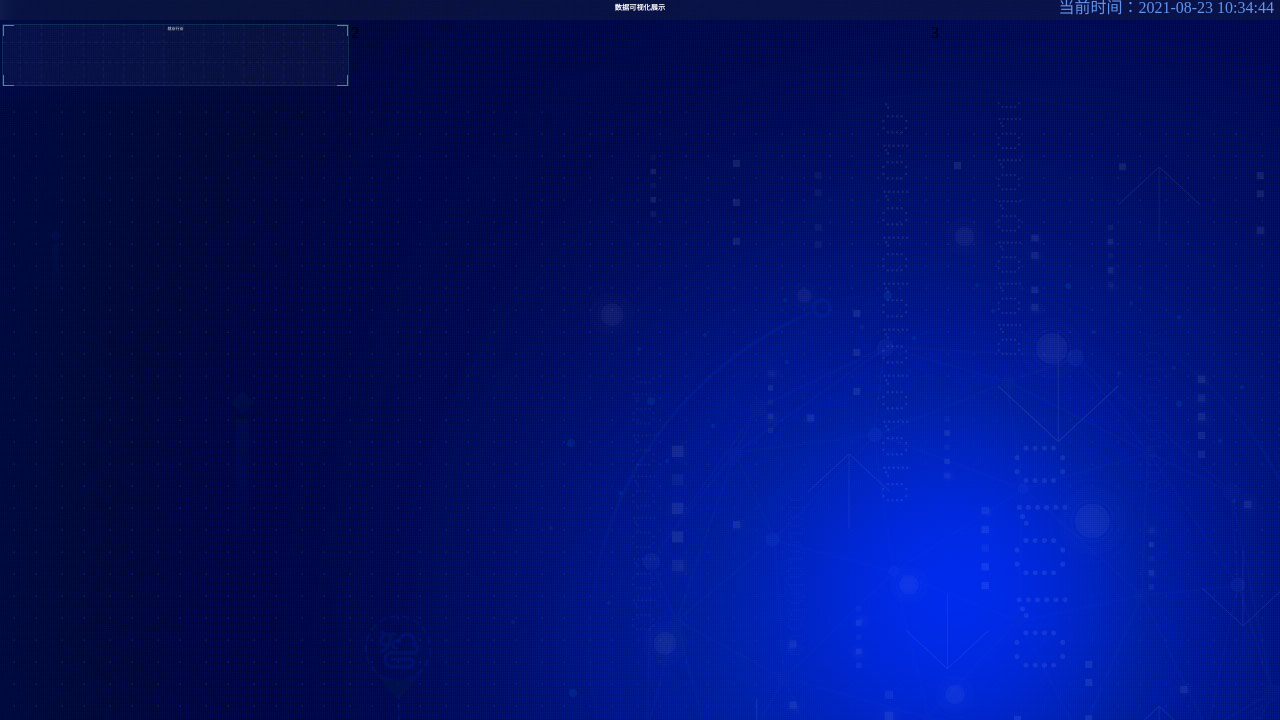
Repository: jiang-1990/DataVM
Page: /
These files come from the project's save history. The page is drawn as it stood at one moment and after the next save; the edit follows.
The browser window is 1280 px wide. The pictures show the whole page.
The project was rebuilt for these pictures with package versions that can differ from the ones it lists, and the page was loaded fresh each time.

Above is the page before, as saved 2021-08-23 15:04:06.

### index.html
<!DOCTYPE html>
<html>
  <head>
    <meta charset="utf-8">
    <meta name="viewport" content="width=device-width,initial-scale=1.0">
    <title>mydatam</title>
  </head>
  <body>
    <div id="app"></div>
    <!-- built files will be auto injected -->
  </body>
</html>

### src/App.vue
<template>
  <div id="app">
    <router-view/>
  </div>
</template>

<script>
export default {
  name: 'App'
}
</script>

<style>
body{
  margin: 0;
  padding: 0;
}
#app ,body,html{
  height: 100%;
  background-image: url('assets/bg.jpg') ;
  background-Repeat : 'no-repeat';
  background-Size : '100% 100%';
}
</style>

### src/router/index.js
import Vue from 'vue'
import Router from 'vue-router'
import bigScreen from '@/components/bigScreen'

Vue.use(Router)

export default new Router({
  routes: [
    {
      path: '/',
      name: 'bigScreen',
      component: bigScreen
    }
  ]
})

### src/components/bigScreen.vue
<template>
  <div>
    <div class="top">
      <h1>数据可视化展示</h1>
      <span class="time">当前时间：{{date | dateFormat}}</span>
    </div>
    <div class="mainBox">
      <div class="culonm">
        <div class="panl bar">
          <h2>就业行业</h2>
          <div class="chart"></div>
          <div class="zhuanjiao"></div>
        </div>
      </div>
      <div class="culonm">2</div>
      <div class="culonm">3</div>
    </div>
    <!-- <div id="myChart" style="width:1920px; height: 400px;"></div> -->
  </div>
</template>

<script>
// 引入echarts
var echarts = require('echarts')
export default {
  data () {
    return {
      date: new Date(),//当前日期
    }
  },
  // 定义一个局部的过滤器，格式化当前时间
  filters: {
    dateFormat: (dateTime) => {
      var now = new Date(dateTime)
      var y = now.getFullYear()
      var m = (now.getMonth() + 1).toString().padStart(2, '0')
      var d = now.getDate().toString().padStart(2, '0')
      var hh = now.getHours().toString().padStart(2, '0')
      var mm = now.getMinutes().toString().padStart(2, '0')
      var ss = now.getSeconds().toString().padStart(2, '0')
      // 过滤器中要有返回值
      return `${y}-${m}-${d} ${hh}:${mm}:${ss}`
    }
  },
  mounted(){
    this.createchart()
    var _this = this;
    this.timer = setInterval(() => {
	    _this.date = new Date(); // 修改日期数据
    }, 1000);

  },
  created() {

  },
  methods:{
    // createchart(){
    //   var myChart = echarts.init(document.getElementById('myChart'))
    //   console.log(myChart)
    //   var option = {
    //         title:{
    //             text:'ECharts 数据统计'
    //         },
    //         tooltip:{},
    //         legend:{
    //             data:['用户来源']
    //         },
    //         xAxis:{
    //             data:["Android","IOS","PC","Ohter"]
    //         },
    //         yAxis:{

    //         },
    //         series:[{
    //             name:'访问量',
    //             type:'line',
    //             data:[500,200,360,100]
    //         }]
    //     };

    //     //使用制定的配置项和数据显示图表
    //     myChart.setOption(option);
    // },
  }
}
</script>

<style scoped>
@import '../css/bigScreen.css';
</style>

### src/css/bigScreen.css
* {
  margin: 0;
  padding: 0;
  box-sizing: border-box;
}
li {
  list-style-type: none;
}
.top {
  height: 1.25rem;
  background: url(../assets/head_bg.png) no-repeat;
  box-sizing: 100% 100%;
  position: relative;
}
.top h1 {
  font-size: 0.45rem;
  line-height: 1rem;
  color: #ffffff;
  text-align: center;
}
.top .time {
  line-height: 0.9375rem;
  position: absolute;
  right: 0.375rem;
  top: 0;
  color: cornflowerblue;
}
.mainBox {
  min-width: 1024px;
  max-width: 1920px;
  margin: 0 auto;
  display: flex;
  padding: 0.25rem 0.125rem 0;
}
.mainBox .culonm {
  flex: 3;
}
.mainBox .culonm:nth-child(2) {
  flex: 5;
  margin: 0 0.125rem 0.1875rem;
}
.mainBox .panl {
  position: relative;
  height: 3.875rem;
  border: 0.0125rem solid rgba(25, 186, 139, 0.17);
  background: url(../assets/line.png) rgba(255, 255, 255, 0.03);
  padding: 0 0.1875rem 0.25rem;
  margin-bottom: 0.25rem;
}
.mainBox .panl::before {
  position: absolute;
  top: 0;
  left: 0;
  width: 10px;
  height: 10px;
  border-left: 1px solid #02a6b5;
  border-top: 1px solid #02a6b5;
  content: "";
}
.mainBox .panl::after {
  position: absolute;
  top: 0;
  right: 0;
  width: 10px;
  height: 10px;
  border-right: 1px solid #02a6b5;
  border-top: 1px solid #02a6b5;
  content: "";
}
.mainBox .panl .zhuanjiao {
  width: 100%;
  height: 10px;
  position: absolute;
  bottom: 0px;
  left: 0;
}
.mainBox .panl .zhuanjiao::before {
  position: absolute;
  top: 0;
  left: 0;
  width: 10px;
  height: 10px;
  border-left: 1px solid #02a6b5;
  border-bottom: 1px solid #02a6b5;
  content: "";
}
.mainBox .panl .zhuanjiao::after {
  position: absolute;
  top: 0;
  right: 0;
  width: 10px;
  height: 10px;
  border-right: 1px solid #02a6b5;
  border-bottom: 1px solid #02a6b5;
  content: "";
}
.mainBox .panl h2 {
  font-size: 0.25rem;
  color: #ffffff;
  line-height: 0.5rem;
  text-align: center;
  height: 0.5rem;
  font-weight: 400;
}
.mainBox .panl .chart {
  height: 3.25rem;
}
.mainBox .num {
  background: rgba(101, 132, 226, 0.1);
  padding: 0.1875rem;
}
.mainBox .num .num-hd {
  position: relative;
  margin: 0.125rem;
  border: 1px solid rgba(25, 186, 139, 0.17);
}
.mainBox .num .num-hd::before {
  position: absolute;
  top: 0;
  left: 0;
  width: 10px;
  height: 10px;
  border-left: 1px solid #02a6b5;
  border-top: 1px solid #02a6b5;
  content: "";
}
.mainBox .num .num-hd::after {
  position: absolute;
  bottom: 0;
  right: 0;
  width: 10px;
  height: 10px;
  border-right: 1px solid #02a6b5;
  border-bottom: 1px solid #02a6b5;
  content: "";
}
.mainBox .num .num-hd ul {
  display: flex;
}
.mainBox .num .num-hd ul li {
  flex: 1;
  line-height: 1rem;
  font-size: 0.875rem;
  color: #ffeb7b;
  text-align: center;
  font-family: electronicFont;
}
.mainBox .num .num-hd ul li:nth-child(1) {
  position: relative;
}
.mainBox .num .num-hd ul li:nth-child(1)::after {
  position: absolute;
  top: 25%;
  right: 0;
  height: 50%;
  border-right: 1px solid #02a6b5;
  content: "";
}
.mainBox .num .num-bd {
  position: relative;
}
.mainBox .num .num-bd ul {
  display: flex;
}
.mainBox .num .num-bd ul li {
  flex: 1;
  line-height: 0.5rem;
  font-size: 0.225rem;
  color: rgba(255, 255, 255, 0.7);
  text-align: center;
}
.mainBox .map {
  height: 10.125rem;
  position: relative;
}
.mainBox .map .map1 {
  width: 6.475rem;
  height: 6.475rem;
  position: absolute;
  top: 50%;
  left: 50%;
  transform: translate(-50%, -50%);
  background: url(../assets/map.png);
  background-size: 100% 100%;
  opacity: 0.3;
}
.mainBox .map .map2 {
  width: 8.0375rem;
  height: 8.0375rem;
  position: absolute;
  top: 50%;
  left: 50%;
  transform: translate(-50%, -50%);
  background: url(../assets/lbx.png);
  background-size: 100% 100%;
  animation: rotatel1 20s linear infinite;
  opacity: 0.6;
}
@keyframes rotatel1 {
  from {
    transform: translate(-50%, -50%) rotate(0deg);
  }
  to {
    transform: translate(-50%, -50%) rotate(360deg);
  }
}
.mainBox .map .map3 {
  width: 7.075rem;
  height: 7.075rem;
  position: absolute;
  top: 50%;
  left: 50%;
  transform: translate(-50%, -50%);
  background: url(../assets/jt.png);
  background-size: 100% 100%;
  animation: rotatel2 15s linear infinite;
  opacity: 0.6;
}
@keyframes rotatel2 {
  from {
    transform: translate(-50%, -50%) rotate(0deg);
  }
  to {
    transform: translate(-50%, -50%) rotate(-360deg);
  }
}
.mainBox .map .chart {
  height: 10.125rem;
}

Loaded but not shown: src/main.js (common file)

After the next save:
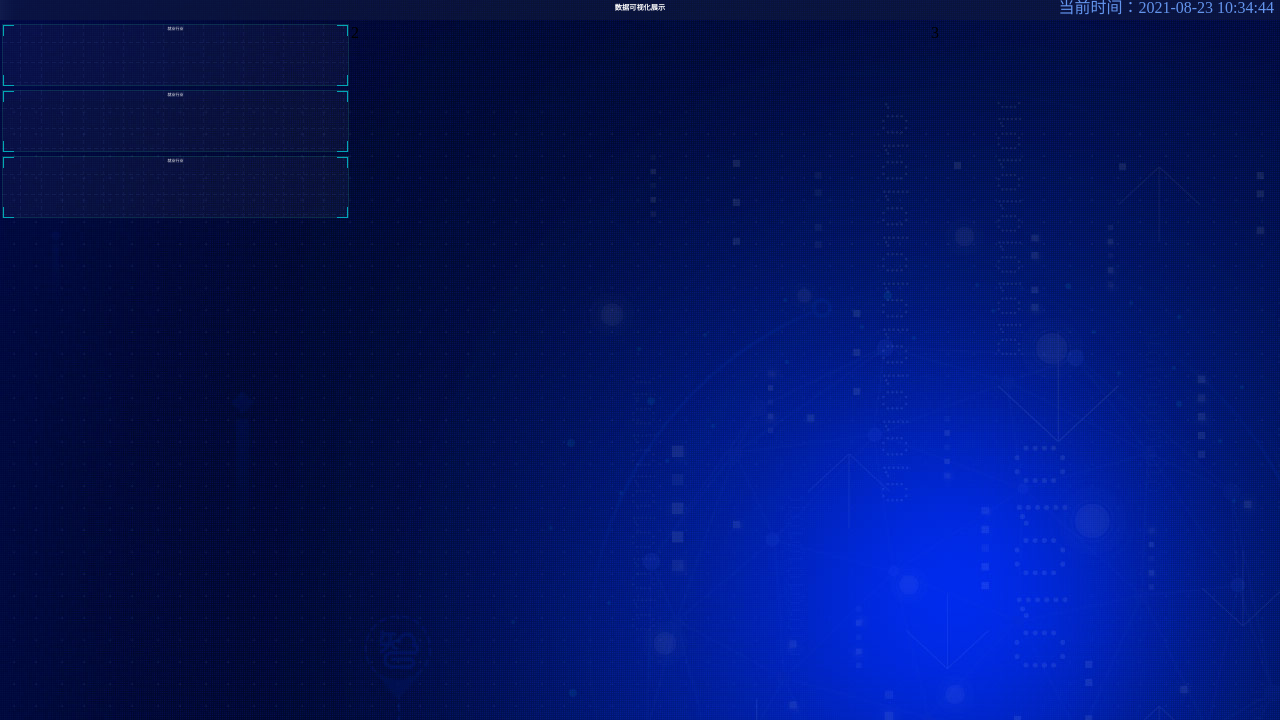
Saved 3 min 53 s later.
--- a/src/components/bigScreen.vue
+++ b/src/components/bigScreen.vue
@@ -7,6 +7,17 @@
     <div class="mainBox">
       <div class="culonm">
         <div class="panl bar">
+          <h2>就业行业</h2>
+          <div class="chart"></div>
+          <div class="zhuanjiao"></div>
+        </div>
+
+        <div class="panl line">
+          <h2>就业行业</h2>
+          <div class="chart"></div>
+          <div class="zhuanjiao"></div>
+        </div>
+        <div class="panl par">
           <h2>就业行业</h2>
           <div class="chart"></div>
           <div class="zhuanjiao"></div>
